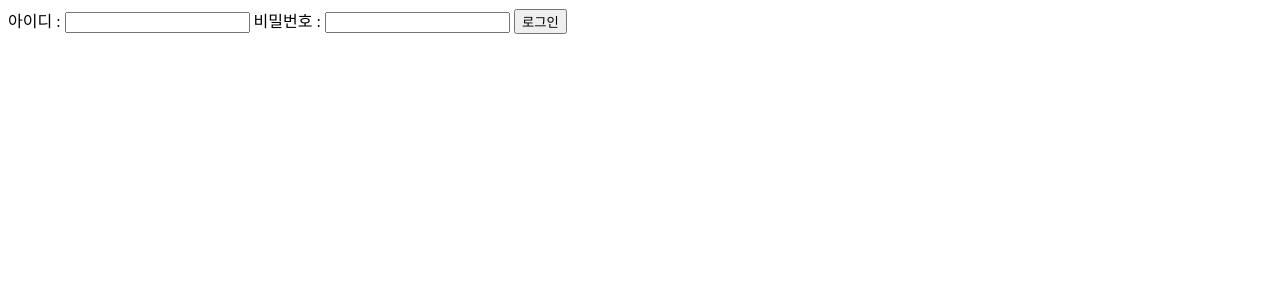
Repository: Minh137/java_works
Page: http://localhost/web06/form.jsp
These files come from the project's save history. The page is drawn as it stood at one moment and after the next save; the edit follows.
The browser window is 1280 px wide. The pictures show the whole page.
The page is served by Tomcat 9. Other server files are loaded and not shown.

Above is the page before, as saved 2024-08-27 03:38:28.

### web06/src/main/webapp/form.jsp
<%@ page language="java" contentType="text/html; charset=UTF-8"
    pageEncoding="UTF-8"%>
    <%
    	request.setCharacterEncoding("utf8");
    %>
<!DOCTYPE html>
<html>
<head>
<meta charset="UTF-8">
<title>Insert title here</title>
</head>
<body>
<form name="login" method="post" action="fwdFormResult.jsp">
	아이디 : <input type="text" name="uid">
	비밀번호 : <input type="text" name="upw">
	<input type="submit" value="로그인">
</form>
</body>
</html>

After the next save:
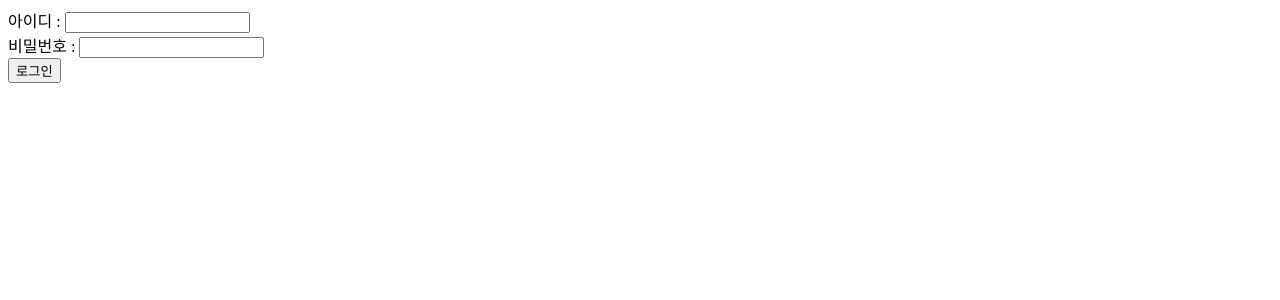
Saved 21 s later.
--- a/web06/src/main/webapp/form.jsp
+++ b/web06/src/main/webapp/form.jsp
@@ -11,8 +11,8 @@
 </head>
 <body>
 <form name="login" method="post" action="fwdFormResult.jsp">
-	아이디 : <input type="text" name="uid">
-	비밀번호 : <input type="text" name="upw">
+	아이디 : <input type="text" name="uid"><br>
+	비밀번호 : <input type="text" name="upw"><br>
 	<input type="submit" value="로그인">
 </form>
 </body>
